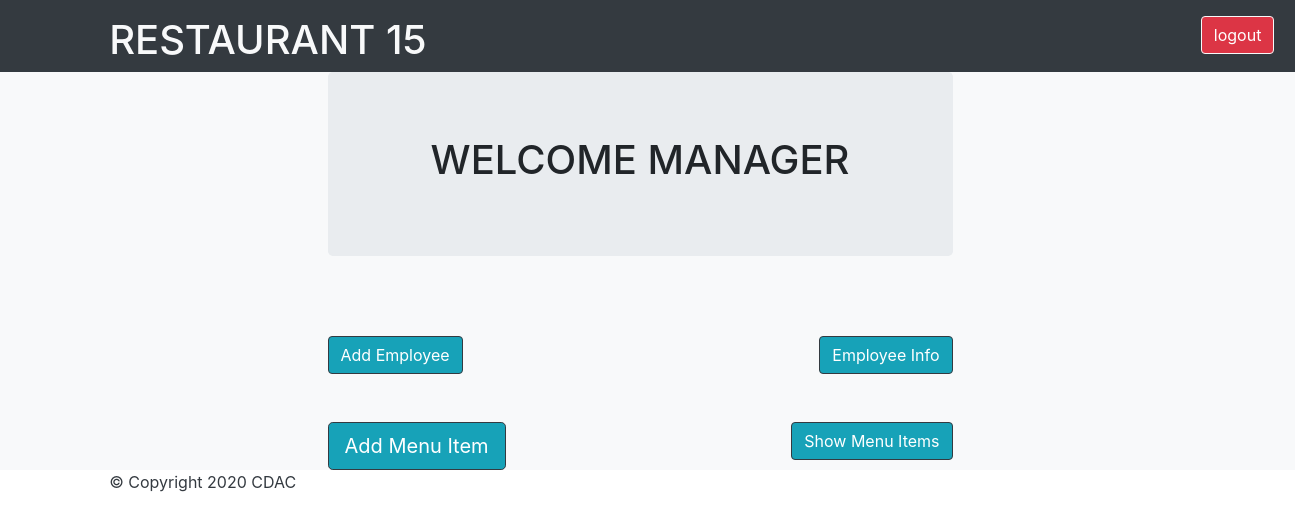
Repository: Pedaxx-IT-solution/E-Waiter-Stuff-
Page: http://localhost/ProjectEwaiter/WEB-INF/views/welcomemgr.jsp
These files come from the project's save history. The page is drawn as it stood at one moment and after the next save; the edit follows.
The browser window is 1280 px wide. The page is 1295 px wide, so the pictures cover 1295 px, including what lies to the right of the window. The pictures show the whole page.
The page is served by Tomcat 9. Nobody is signed in. The template is opened directly, without the code that normally fills it, so the values that code supplies are empty.

Above is the page before, as saved 2020-01-25 22:57:11.

After the next save:
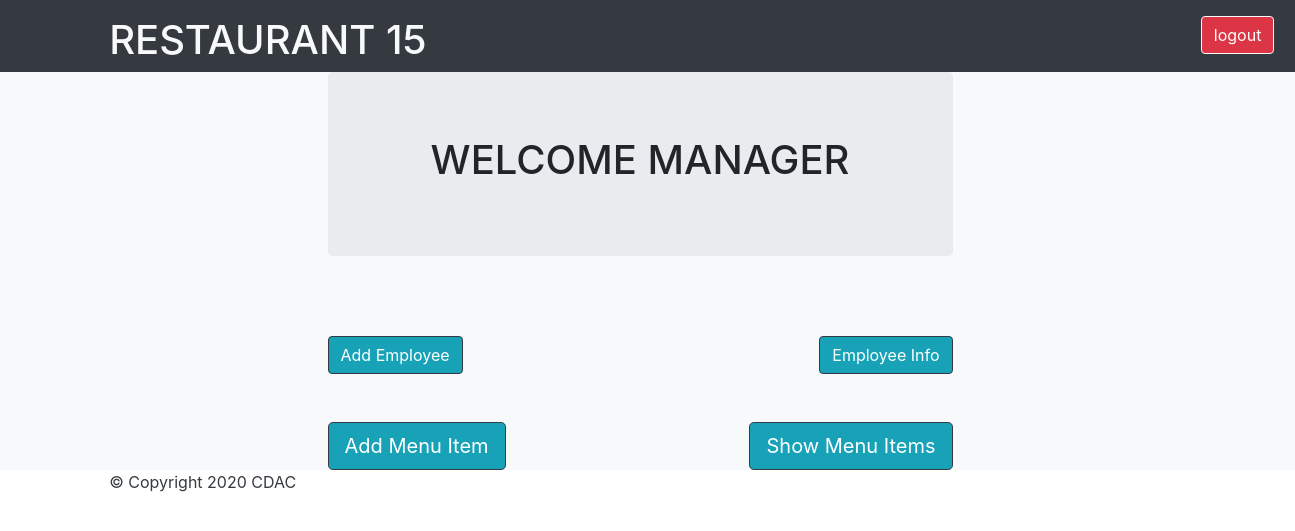
Saved 6 s later.
--- a/MyProject/ProjectEwaiter/src/main/webapp/WEB-INF/views/welcomemgr.jsp
+++ b/MyProject/ProjectEwaiter/src/main/webapp/WEB-INF/views/welcomemgr.jsp
@@ -70,7 +70,7 @@ response.setHeader("Expires", "0");
 
 			<div class=" col-3 text-right">
 
-							<a href="/user/menu/showMenu" class="mt-5 btn btn-info border-dark" role="button">Show Menu Items</a>
+							<a href="/user/menu/showMenu" class="mt-5 btn btn-info btn-lg border-dark" role="button">Show Menu Items</a>
 			</div>
 			<div class="col-3"></div>
 
